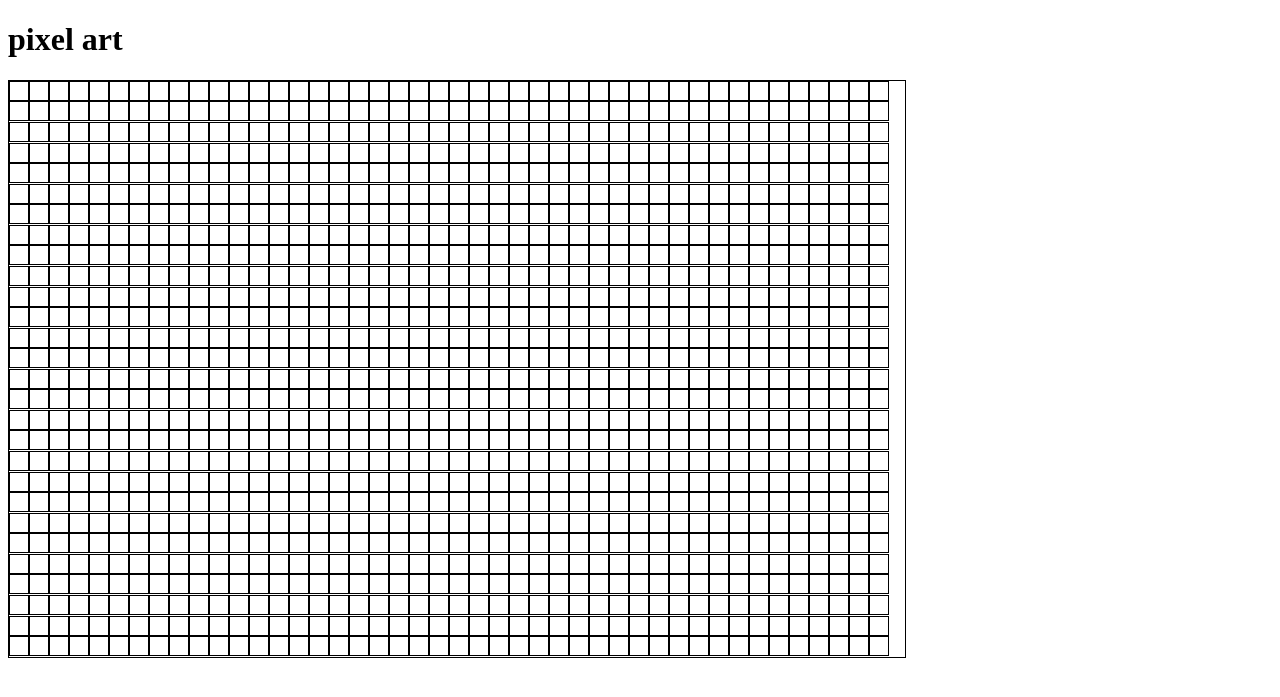
Repository: bechara611/pixelartdb
Page: /
An editor plug-in stored every save of this project. The page is shown before and after the next save, followed by the edit.
The browser window is 1280 px wide. The pictures show the whole page.
The project was rebuilt for these pictures with package versions that can differ from the ones it lists, and the page was loaded fresh each time. Also part of the build but not shown: vite.config.js.

Above is the page before, as saved 2023-03-05 20:37:12.

### src/main.jsx
import React from 'react'
import ReactDOM from 'react-dom/client'
import App from './App'


ReactDOM.createRoot(document.getElementById('root')).render(

    <App />

)

### src/App.jsx

import { useEffect, useState } from 'react'
import './App.css'
import { Pixel } from './Pixel'

const App=()=> {
  const [tamano, settamano] = useState({
    t:10,
    h:1,
    w:1
  })
const  [pixels, setPixels] = useState([])

useEffect(() => {
  let contenedor = document.getElementById('contenedor')
console.log(contenedor.offsetHeight)
console.log(contenedor.offsetWidth)
let row = Math.floor(contenedor.offsetHeight/20)
let col = Math.floor(contenedor.offsetWidth/20);
setPixels(Array.from({length:row*col}))
}, [])

const funcionArray=(index)=>{
  let nuevoArray = [...pixels]
  console.log(index)
 console.log(!nuevoArray[index])
}

  return (
    <>
      <h1>pixel art</h1>

      <div className="contenedor" id='contenedor'>
      {
        pixels.map((a,index)=>{
          return <Pixel key={index}
                  funcion={()=>funcionArray(index)}
          ></Pixel>
        })
      }

      </div>
    </>
  )
}

export default App

### src/App.css
.pixel {
  width: 20px;
  height: 20px;
  border: 1px solid black;

  box-sizing: border-box;

}

.active {
  background: green;
}

.contenedor {

  display: flex;
  flex-direction: row;
  flex-wrap: wrap;
  width: 70vw;
  height: 80vh;

  border: 1px solid black;

}

### src/Pixel.jsx
import React, { useState } from 'react'
import './App.css'
import {selectableGroup, createSelectable} from 'react-selectable-fast'
export const Pixel = (props) => {
    const [isActive, setisActive] = useState(false)
  return (

 <div className={`pixel ${props.active ? 'active' : ''}`} style={{ background:props.active ? props.color : ''}}
 onClick={()=>{
    setisActive(!isActive)
    props.funcion();
}}
onMouseDown={()=>{props.onMouseDown()}}
onMouseUp={()=>{props.onMouseUp()}}
onTouchEnd={()=>{props.onMouseUp()}}
onMouseOver={()=>{props.onMouseOver()}}
onTouchStart={()=>{{
    props.onMouseDown()
    props.onMouseOver()}}}
 >

 </div>
  )
}

Loaded but not shown: index.html (common file)

After the next save:
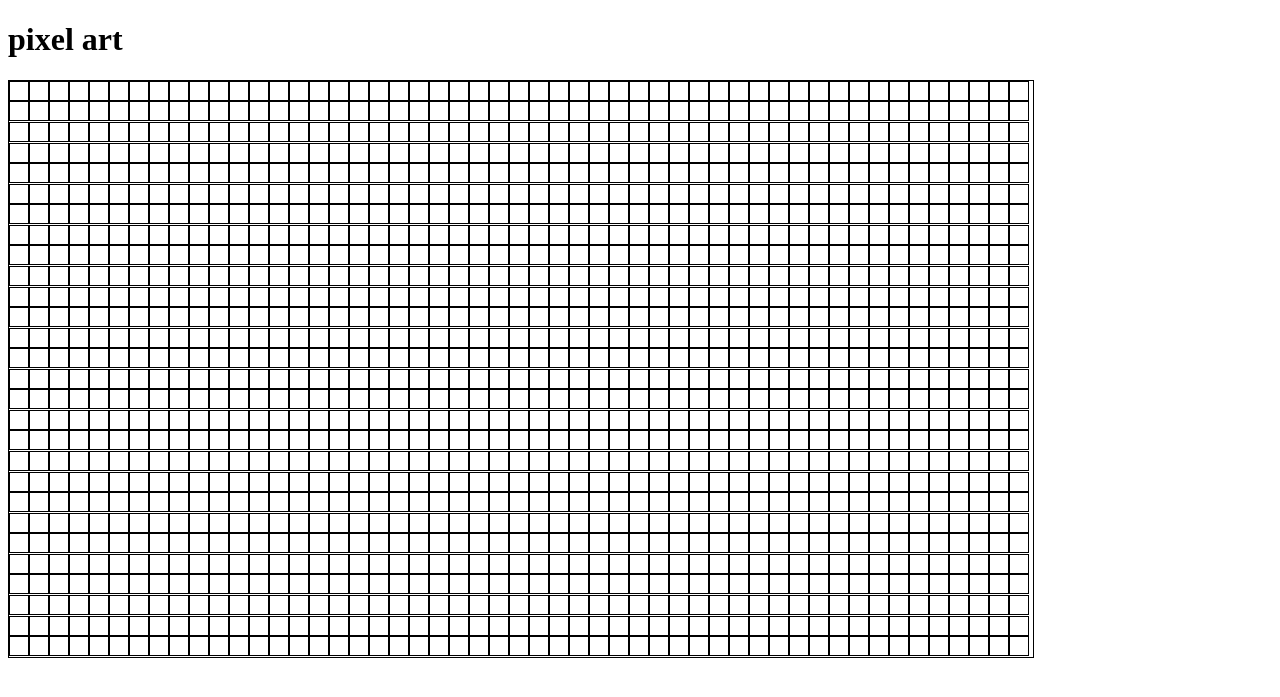
Saved 13 s later.
--- a/src/App.css
+++ b/src/App.css
@@ -16,7 +16,7 @@
   display: flex;
   flex-direction: row;
   flex-wrap: wrap;
-  width: 70vw;
+  width: 80vw;
   height: 80vh;
 
   border: 1px solid black;
